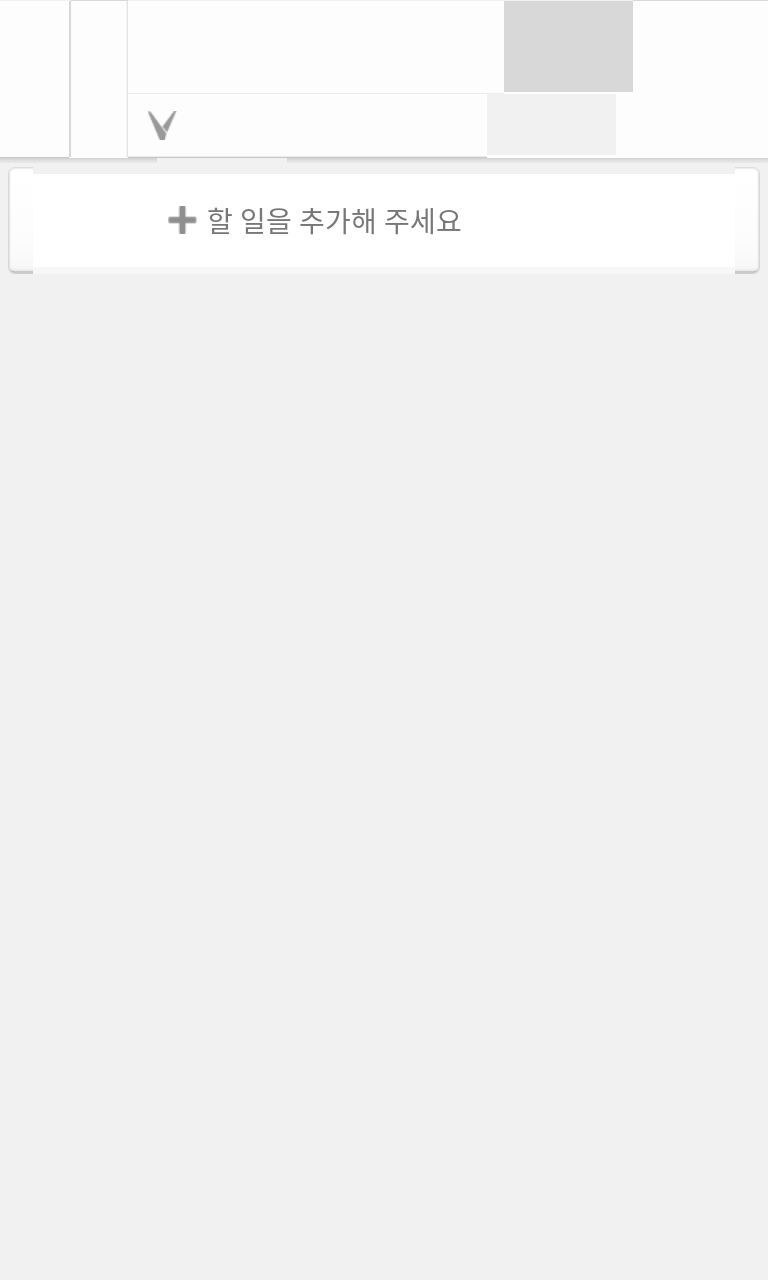
Repository: belhyun/witherest-android
Layout: Witherest/res/layout/fragment_mycheck.xml
An editor plug-in stored every save of this project. The layout is shown before and after the next save, followed by the edit.
It is drawn on a 768 x 1280 px phone screen (xhdpi) without system bars, with theme android:Theme.Holo; the app's code is not run. Lists and similar views that code fills are empty.

Above is the layout before, as saved 2013-07-06 10:55:14.

After the next save:
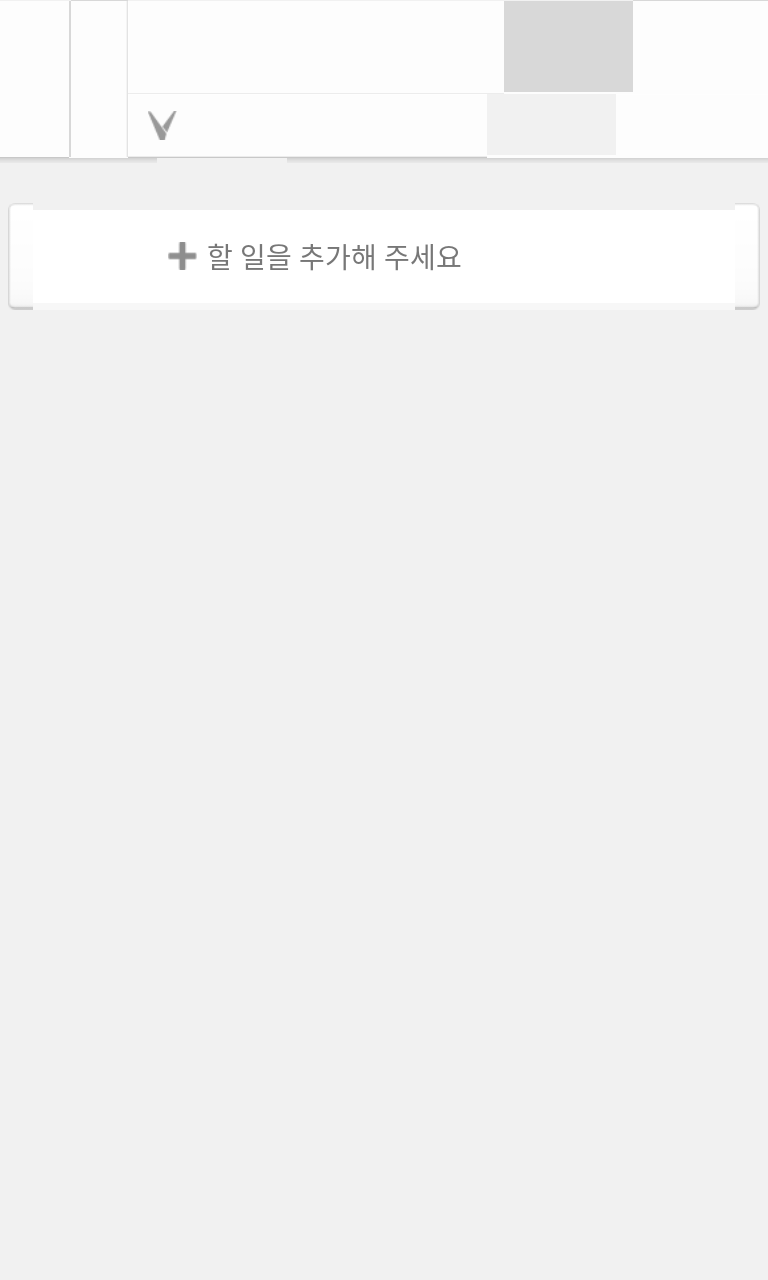
Saved 24 s later.
--- a/Witherest/res/layout/fragment_mycheck.xml
+++ b/Witherest/res/layout/fragment_mycheck.xml
@@ -132,7 +132,7 @@
         android:layout_marginBottom="2dp"
         android:layout_marginLeft="4dp"
         android:layout_marginRight="4dp"
-        android:layout_marginTop="2dp"
+        android:layout_marginTop="20dp"
         android:background="@drawable/make_room_btn_on_off"
         android:drawableLeft="@drawable/main_plus_icon_bg"
         android:drawablePadding="5dip"
